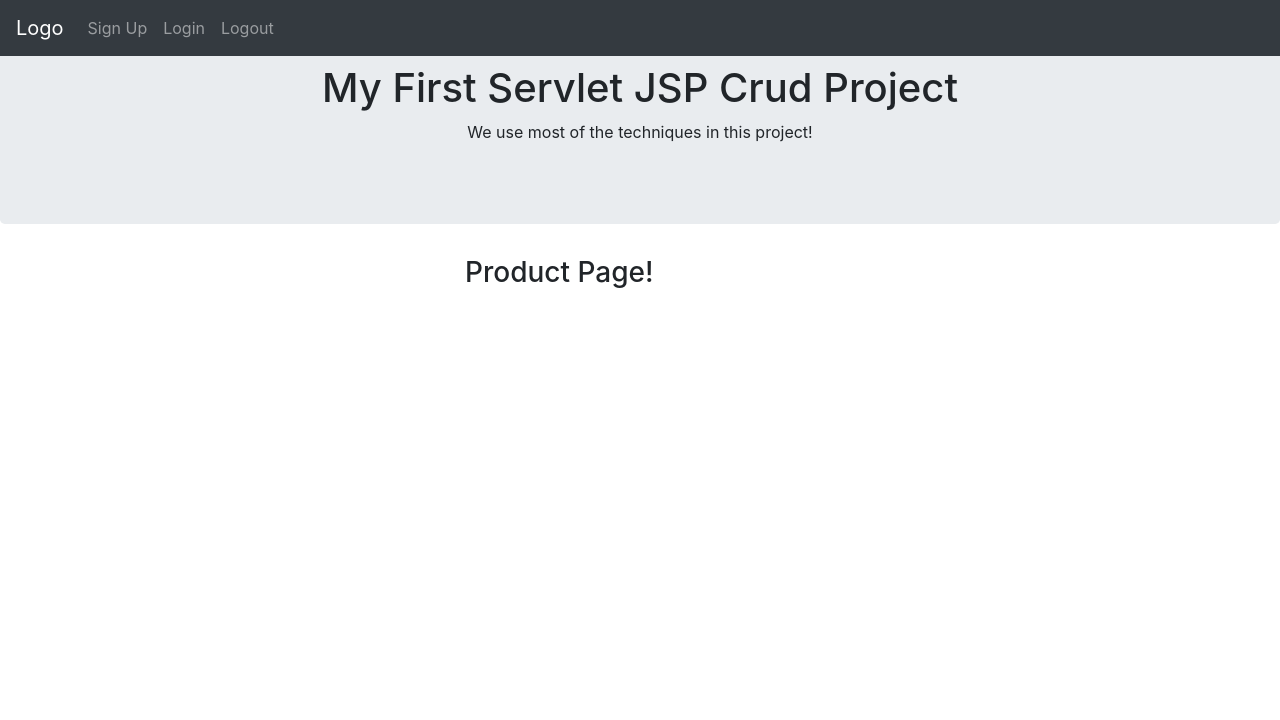
Repository: jagasia/sep-07
Page: http://localhost/sep-07-04/product.jsp
The author's editor kept a copy of each file at every save. The page is drawn from the files as they stood at one save, then again after the next save.
The browser window is 1280 px wide. The pictures show the whole page.
The page is served by Tomcat 9. Other server files are loaded and not shown.

Above is the page before, as saved 2022-09-09 03:57:37.

### sep-07-04/WebContent/product.jsp
<%@ page language="java" contentType="text/html; charset=ISO-8859-1"
    pageEncoding="ISO-8859-1"%>
<!DOCTYPE html>
<html>
<head>
<meta charset="ISO-8859-1">
<title>Insert title here</title>
  <link rel="stylesheet" href="https://cdn.jsdelivr.net/npm/bootstrap@4.6.1/dist/css/bootstrap.min.css">
  <script src="https://cdn.jsdelivr.net/npm/jquery@3.6.0/dist/jquery.slim.min.js"></script>
  <script src="https://cdn.jsdelivr.net/npm/popper.js@1.16.1/dist/umd/popper.min.js"></script>
  <script src="https://cdn.jsdelivr.net/npm/bootstrap@4.6.1/dist/js/bootstrap.bundle.min.js"></script>
</head>
<body>
<jsp:include page="menu.jsp"></jsp:include>
<div class="jumbotron text-center">
  <h1>My First Servlet JSP Crud Project</h1>
  <p>We use most of the techniques in this project!</p>
</div>

<div class="container">
  <div class="row">
    <div class="col-sm-4">
      <h3></h3>

    </div>
    <div class="col-sm-4">
      <h3>Product Page!</h3>

    </div>
    <div class="col-sm-4">
      <h3></h3>

    </div>
  </div>
</div>

<br/>
<br/>
<br/>
<br/>
<br/>
<br/>

</body>
</html>

### sep-07-04/WebContent/menu.jsp
<nav class="navbar navbar-expand-sm bg-dark navbar-dark fixed-top">
  <a class="navbar-brand" href="#">Logo</a>
  <ul class="navbar-nav">
    <li class="nav-item">
      <a class="nav-link" href="signup.jsp">Sign Up</a>
    </li>
    <li class="nav-item">
      <a class="nav-link" href="login.jsp">Login</a>
    </li>
    <li class="nav-item">
      <a class="nav-link" href="logout">Logout</a>
    </li>
  </ul>
</nav>

After the next save:
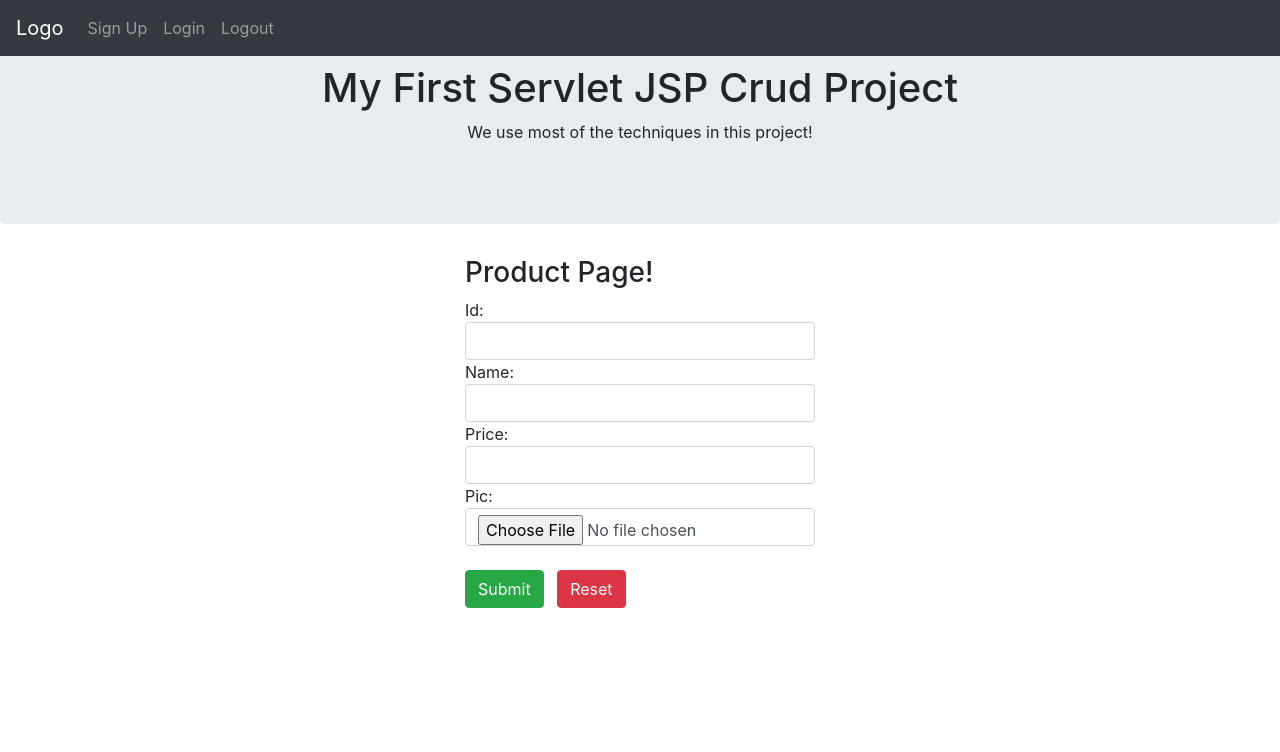
Saved 119 s later.
--- a/sep-07-04/WebContent/product.jsp
+++ b/sep-07-04/WebContent/product.jsp
@@ -25,7 +25,16 @@
     </div>
     <div class="col-sm-4">
       <h3>Product Page!</h3>
-
+      <form>
+      	Id: <input type="number" name="id" class="form-control" />
+      	Name: <input type="text" name="name" class="form-control" />
+      	Price: <input type="number" name="price" class="form-control" />
+      	Pic: <input type="file" name="pic" class="form-control" />
+      	<br/>
+      	<input type="submit" class="btn btn-success" />
+      	&nbsp;
+      	<input type="reset" class="btn btn-danger" />
+      </form>
     </div>
     <div class="col-sm-4">
       <h3></h3>
